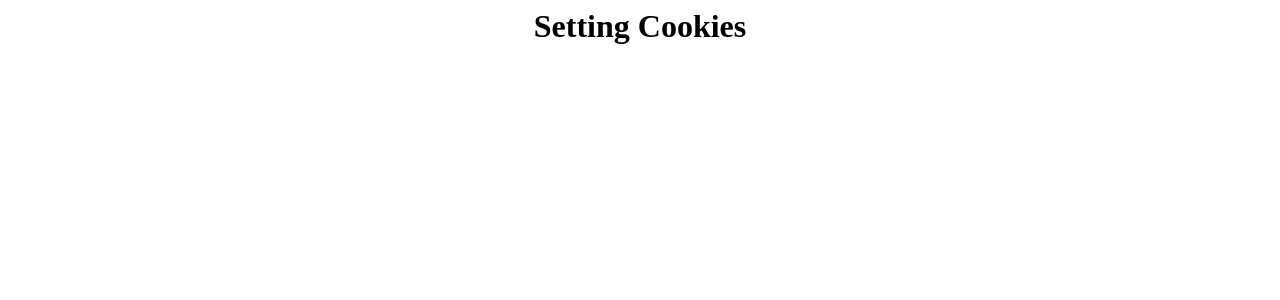
Repository: msibgathulla9980/JSP
Page: http://localhost/HelloWorldJSP/Main.jsp
An editor plug-in stored every save of this project. The page is shown before and after the next save, followed by the edit.
The browser window is 1280 px wide. The pictures show the whole page.
The page is served by Tomcat 9.

Above is the page before, as saved 2019-01-28 11:49:58.

After the next save:
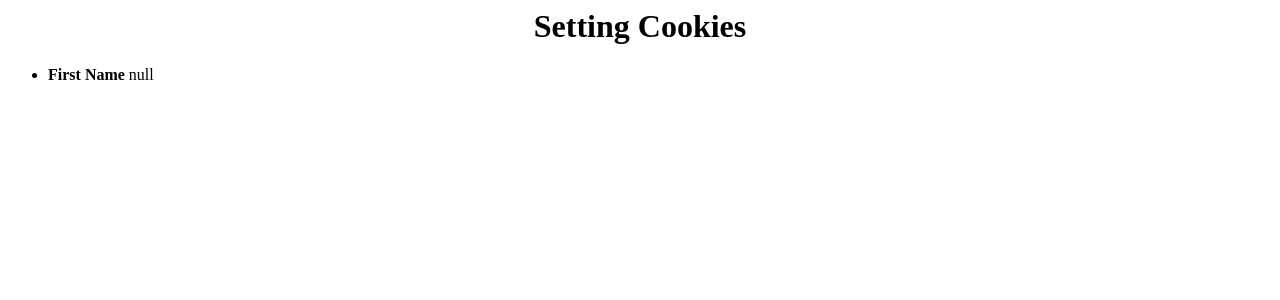
Saved 118 s later.
--- a/HelloWorldJSP/WebContent/Main.jsp
+++ b/HelloWorldJSP/WebContent/Main.jsp
@@ -21,3 +21,7 @@ response.addCookie( lastName );
       <center>
          <h1>Setting Cookies</h1>
       </center>
+      <ul>
+      <li>
+      <p><b> First Name</b>
+      <%= request.getParameter("firstName") %>
